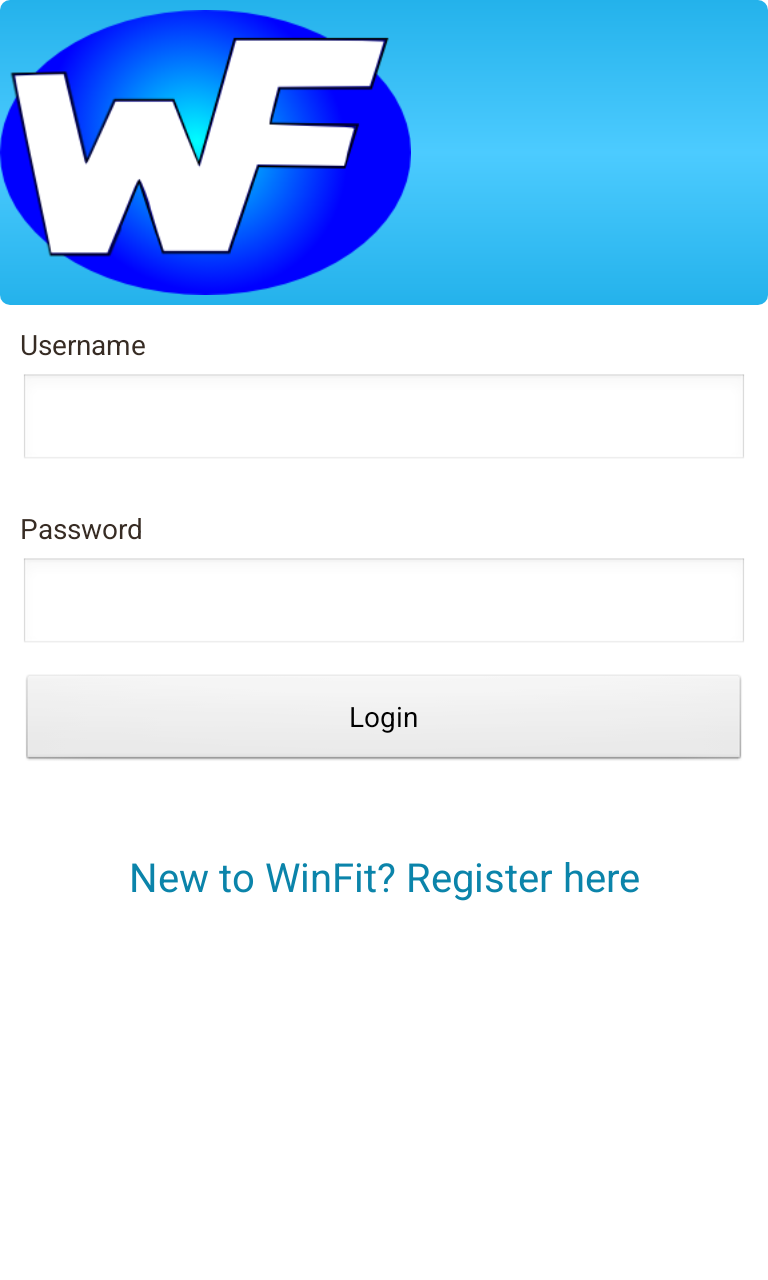
Repository: jwisch91/CS390-Project
Layout: workspace/testing/res/layout/login.xml
An editor plug-in stored every save of this project. The layout is shown before and after a run of saves, followed by the edit.
It is drawn on a 768 x 1280 px phone screen (xhdpi) without system bars, with theme android:Theme.NoTitleBar; the app's code is not run.

Above is the layout before, as saved 2013-03-31 21:58:19.

After the next 3 saves:
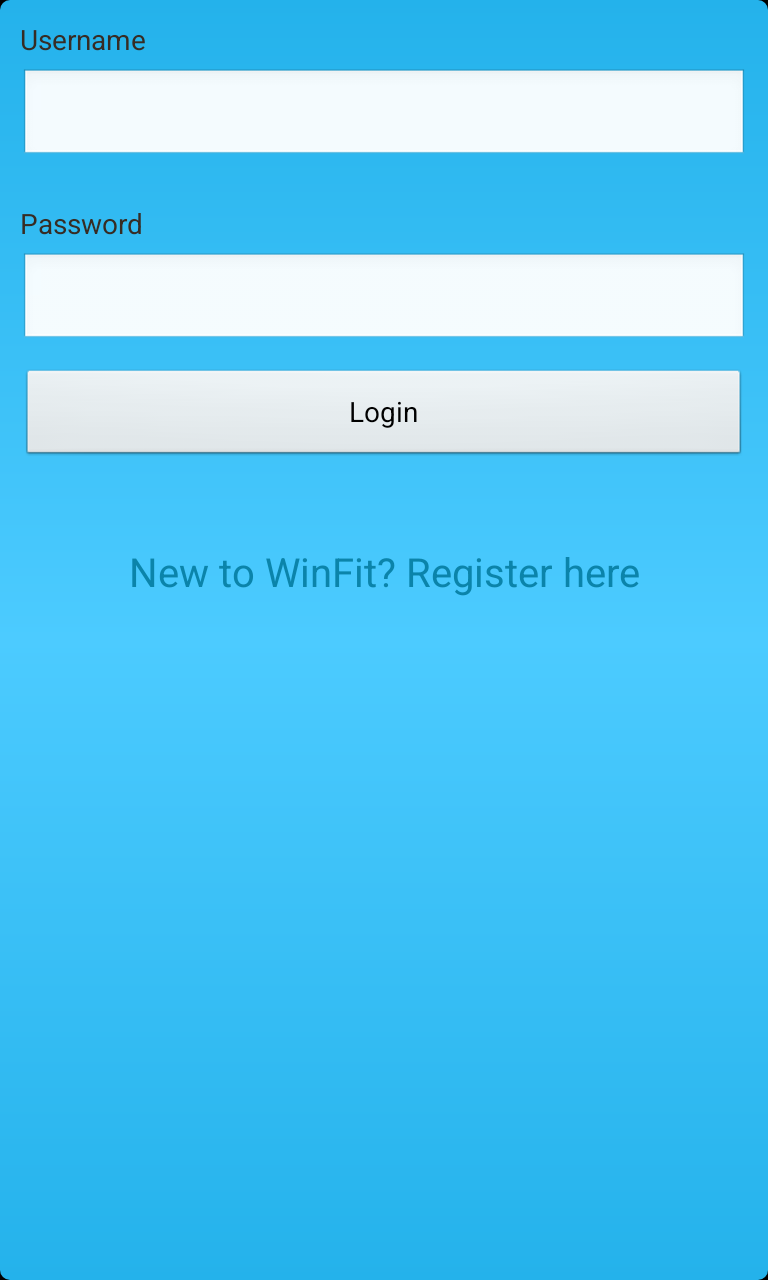
The 3 saves are shown as one change because 2 did not build or start.
The last was saved 2 min 3 s later.
--- a/workspace/testing/res/layout/login.xml
+++ b/workspace/testing/res/layout/login.xml
@@ -7,10 +7,11 @@
   <RelativeLayout
         android:layout_width="fill_parent"
         android:layout_height="wrap_content"
-        android:background="#ffffff">
+        android:background="@layout/header_gradient">
 
         <!--  Header  Starts-->
-        <LinearLayout android:id="@+id/header"
+        <LinearLayout android:id="@+id/header">
+            <!--
                 android:layout_width="fill_parent"
                 android:layout_height="wrap_content"
                 android:background="@layout/header_gradient"
